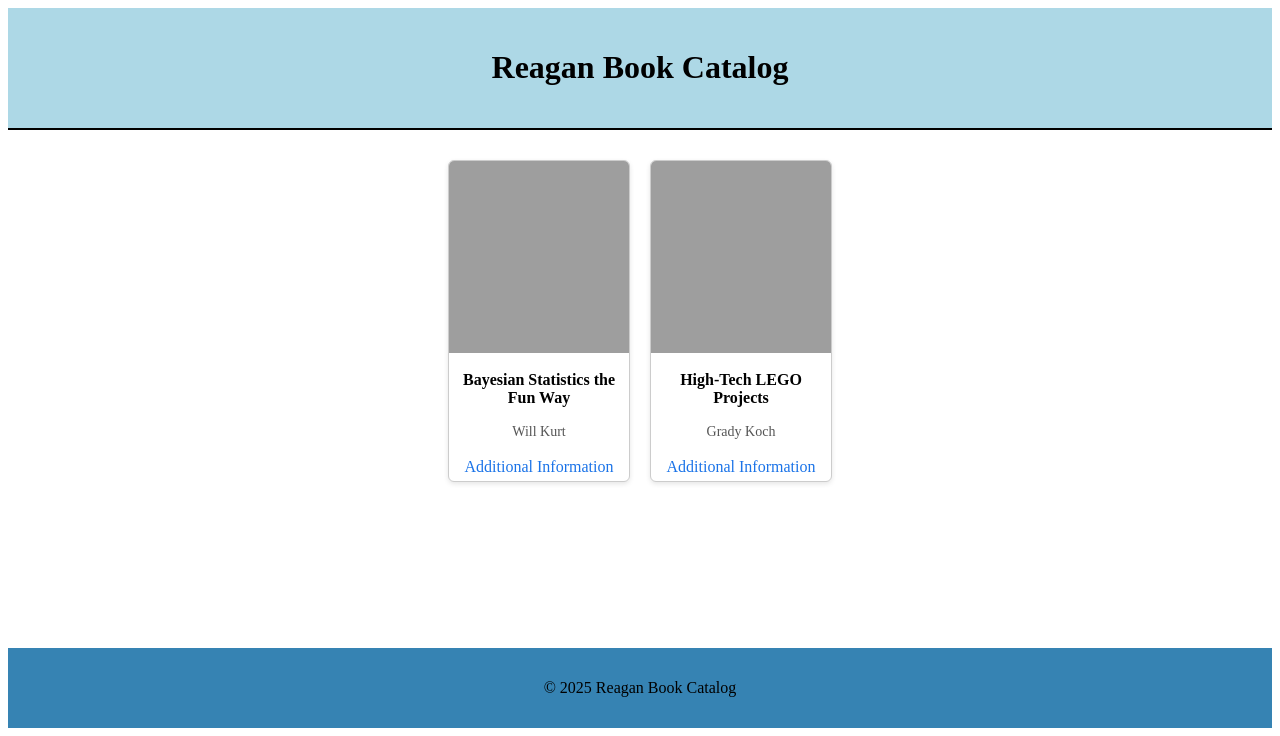
Repository: antyc0817/COMP-3170-Assignment-2-Reagan
Page: /
An editor plug-in stored every save of this project. The page is shown before and after the next save, followed by the edit.
The browser window is 1280 px wide. The pictures show the whole page.
Pictures or frames that could not be fetched are drawn as grey boxes. The project was rebuilt for these pictures with package versions that can differ from the ones it lists, and the page was loaded fresh each time. Also part of the build but not shown: vite.config.js, src/index.css.

Above is the page before, as saved 2025-09-10 11:43:23.

### index.html
<!DOCTYPE html>
<html lang="en">
    <head>
        <meta charset="UTF-8" />
        <meta
            name="viewport"
            content="width=device-width, initial-scale=1.0" />
        <title>Reagan's Book Catalog</title>
    </head>
    <body>
        <div id="root"></div>
        <script
            type="module"
            src="/src/main.jsx"></script>
    </body>
</html>

### src/App.jsx
import "./App.css";
import Book from "./book.jsx";

function App() {
    return (
        <div id='app-container'>
            <header>
                <h1>Reagan Book Catalog</h1>
            </header>

            <main className='content'>
                <Book
                    image='https://itbook.store/img/books/9781593279561.png'
                    title='Bayesian Statistics the Fun Way'
                    authors='Will Kurt'
                    link='https://itbook.store/books/9781593279561'
                />
                <Book
                    image='https://itbook.store/img/books/9781718500259.png'
                    title='High-Tech LEGO Projects'
                    authors='Grady Koch'
                    link='https://itbook.store/books/9781718500259'
                />
            </main>

            <footer>
                <p>© 2025 Reagan Book Catalog</p>
            </footer>
        </div>
    );
}

export default App;

### src/App.css
#app-container {
    display: flex;
    flex-direction: column;
    min-height: 100vh;
}
header {
    text-align: center;
    background-color: lightblue;
    padding: 20px;
    border-bottom: 2px solid #000;
}

footer {
    text-align: center;
    padding: 15px;
    background-color: #3683b3;
    margin-top: auto;
}

:root {
    --book-w: 180px;
    --book-h: 320px;
}

.content {
    display: flex;
    justify-content: center;
    gap: 20px;
    padding: 30px;
}

.book {
    width: var(--book-w);
    height: var(--book-h);
    border: 1px solid #ccc;
    border-radius: 6px;
    overflow: hidden;
    display: flex;
    flex-direction: column;
    justify-content: space-between;
    background-color: #fff;
    box-shadow: 0 2px 5px rgba(0, 0, 0, 0.1);
}

.book img {
    width: 100%;
    height: 60%;
    object-fit: cover;
}

.book h3 {
    margin: 5px 0;
    font-size: 16px;
    text-align: center;
}

.book p {
    margin: 0 0 5px 0;
    font-size: 14px;
    text-align: center;
    color: #555;
}

.book a {
    text-decoration: none;
    color: #1a73e8;
    text-align: center;
    display: block;
    margin-bottom: 5px;
    font-weight: 500;
}

### src/book.jsx
function Book({ image, title, authors, link }) {
    return (
        <div className='book'>
            <img
                src={image}
                alt={title}
            />
            <h3>{title}</h3>
            <p>{authors}</p>
            <a
                href={link}
                target='_blank'>
                Additional Information
            </a>
        </div>
    );
}

export default Book;

Loaded but not shown: src/main.jsx (common file)

After the next save:
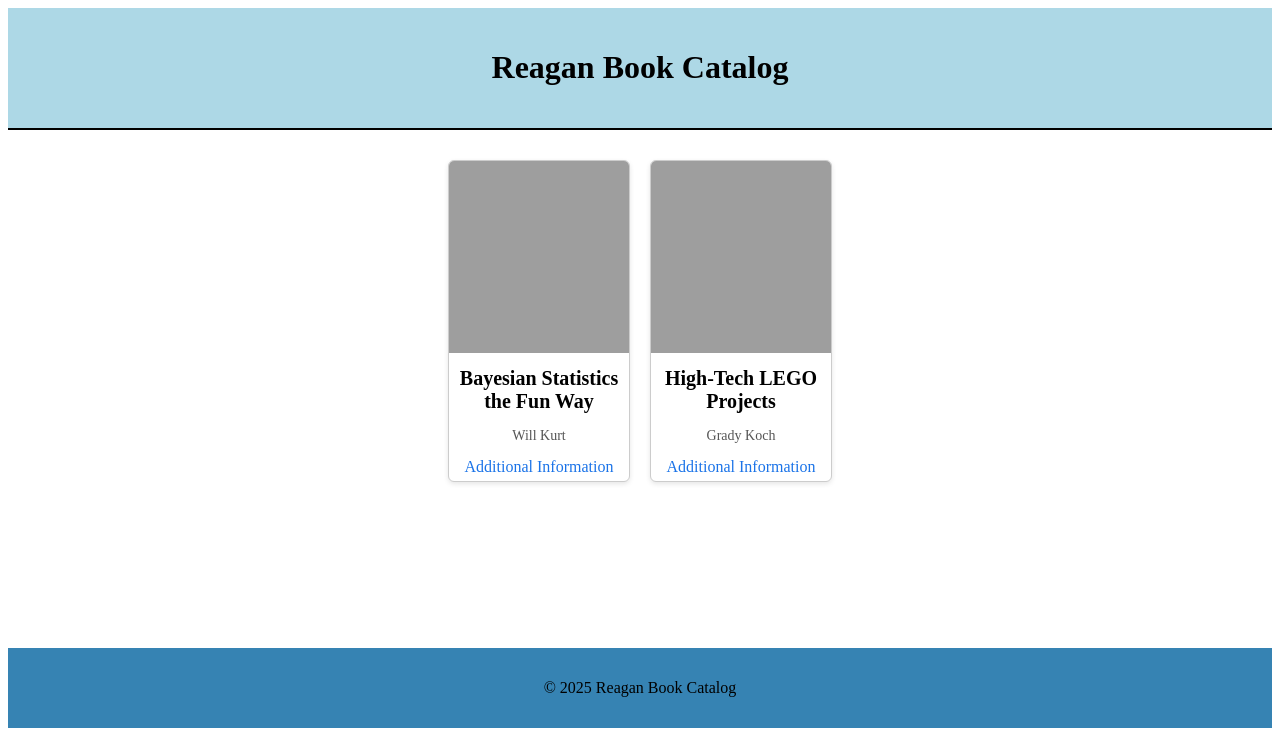
Saved 65 min 23 s later.
--- a/src/App.css
+++ b/src/App.css
@@ -50,7 +50,7 @@ footer {
 
 .book h3 {
     margin: 5px 0;
-    font-size: 16px;
+    font-size: 20px;
     text-align: center;
 }
 
